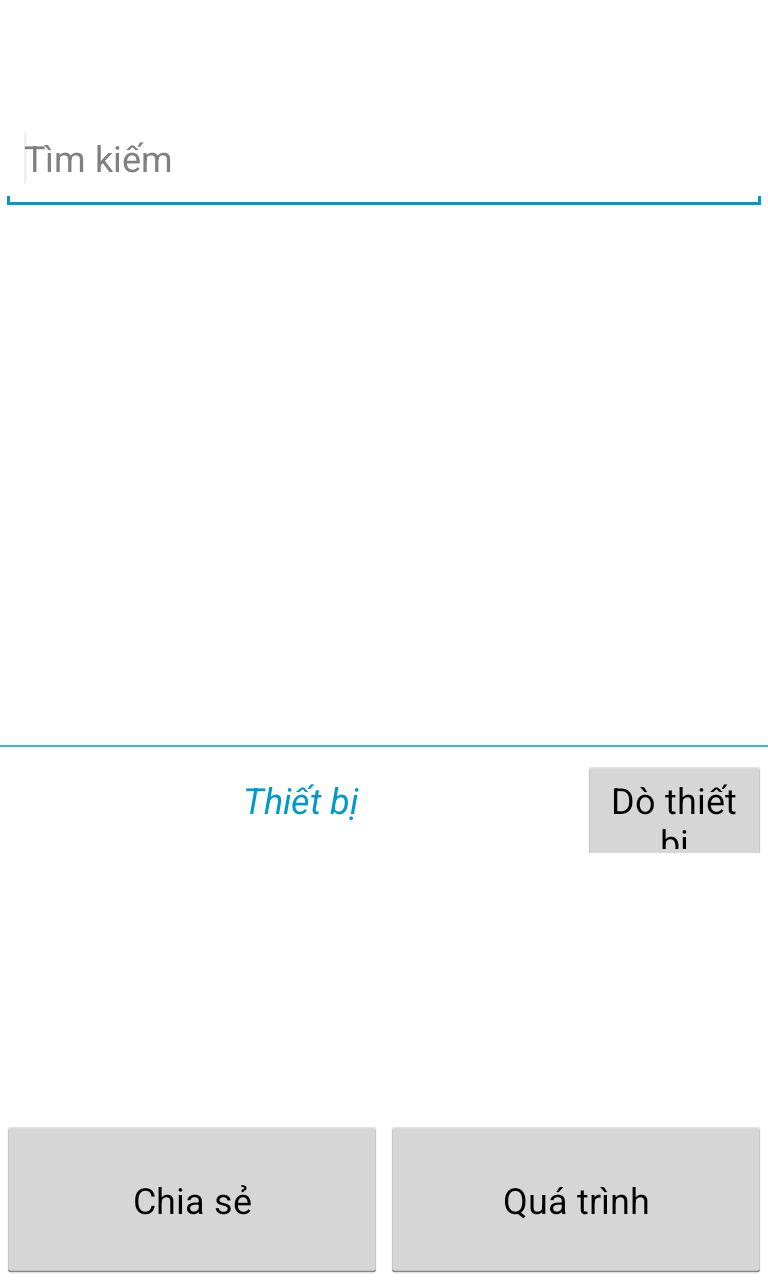
Repository: thinhnk55/android-appshare
Layout: ShareApp/res/layout/activity_main.xml
These files come from the project's save history. The layout is drawn as it stood at one moment and after the next save; the edit follows.
It is drawn on a 768 x 1280 px phone screen (xhdpi) without system bars, with theme AppTheme; the app's code is not run.

Above is the layout before, as saved 2014-07-17 15:51:44.

After the next save:
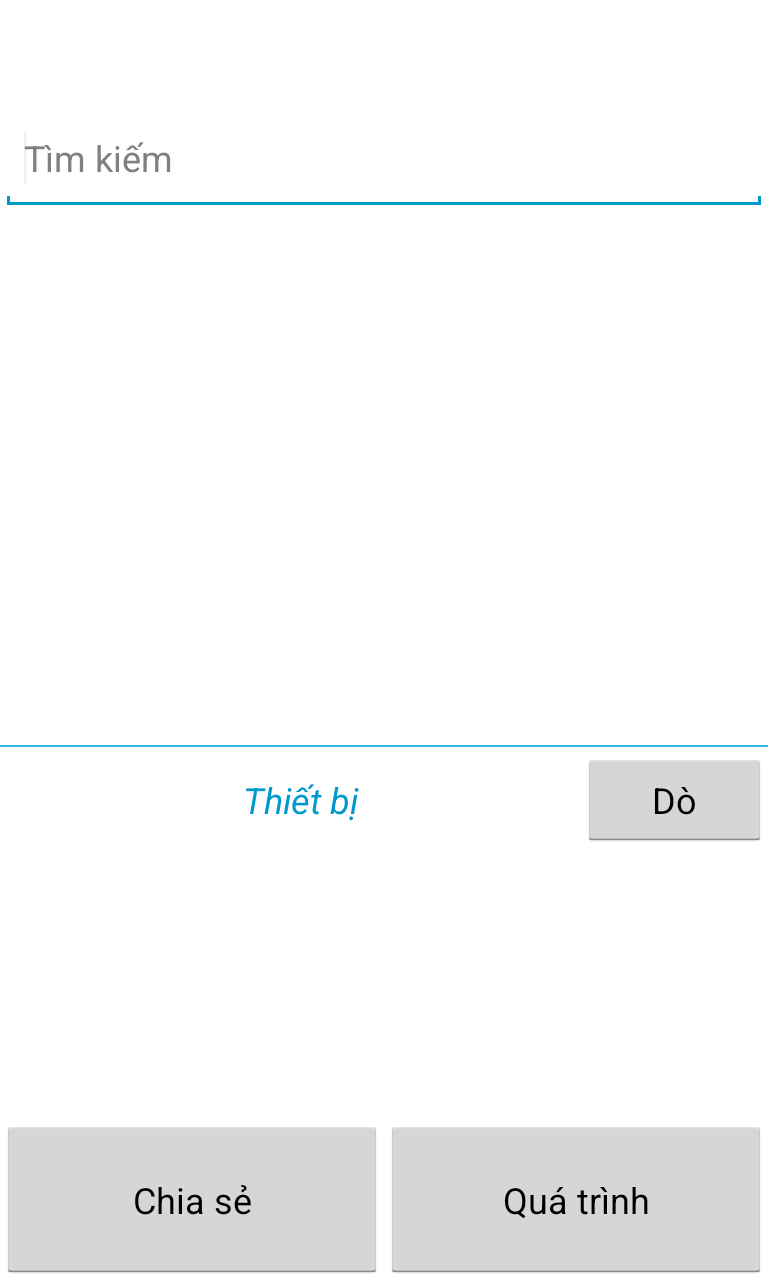
Saved 14 s later.
--- a/ShareApp/res/values/strings.xml
+++ b/ShareApp/res/values/strings.xml
@@ -8,6 +8,6 @@
     <string name="share">Chia sẻ</string>
     <string name="progress">Quá trình</string>
     <string name="search">Tìm kiếm</string>
-    <string name="scan">Dò thiết bị</string>
+    <string name="scan">Dò</string>
 
 </resources>
